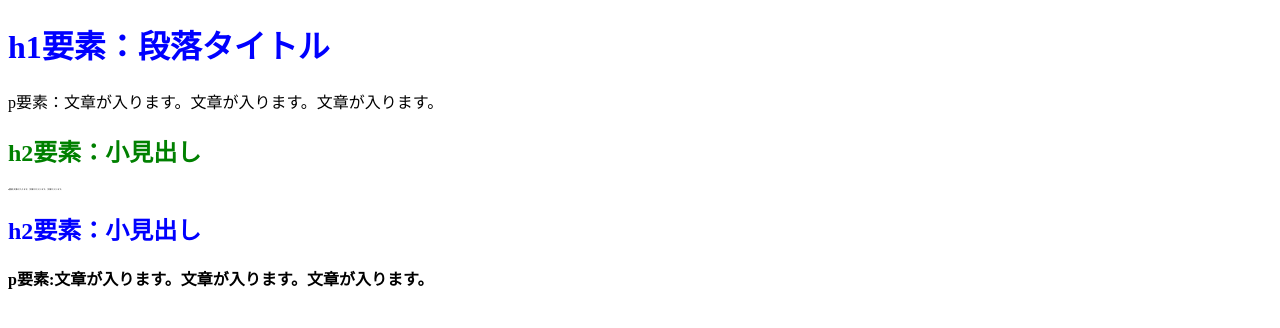
Repository: ayano-ogawa/samurai_HTML-CSS
Page: Untitled1.html
The author's editor kept a record of every edit. The page is drawn from the files as they stood at one moment, then again after the next edit.
The browser window is 1280 px wide. The pictures show the whole page.

Above is the page before.

After the next edit:
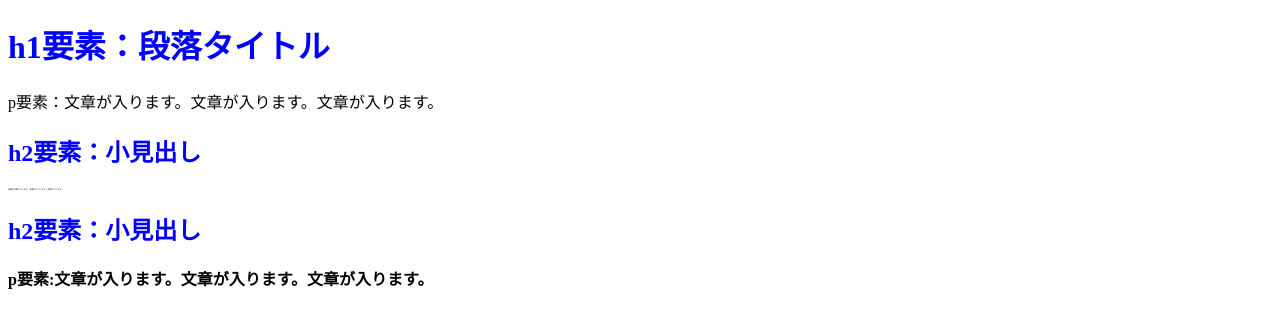
The edit:
--- a/Untitled1.html
+++ b/Untitled1.html
@@ -20,7 +20,7 @@
 <body>
     <h1 class="blue">h1要素：段落タイトル</h1>
     <p>p要素：文章が入ります。文章が入ります。文章が入ります。</p>
-    <h2 id="green">h2要素：小見出し</h2>
+    <h2 class="blue">h2要素：小見出し</h2>
     <p style="font-size: 2px;">
      p要素:文章が入ります。文章がが入ります。文章が入ります。
     </p>
